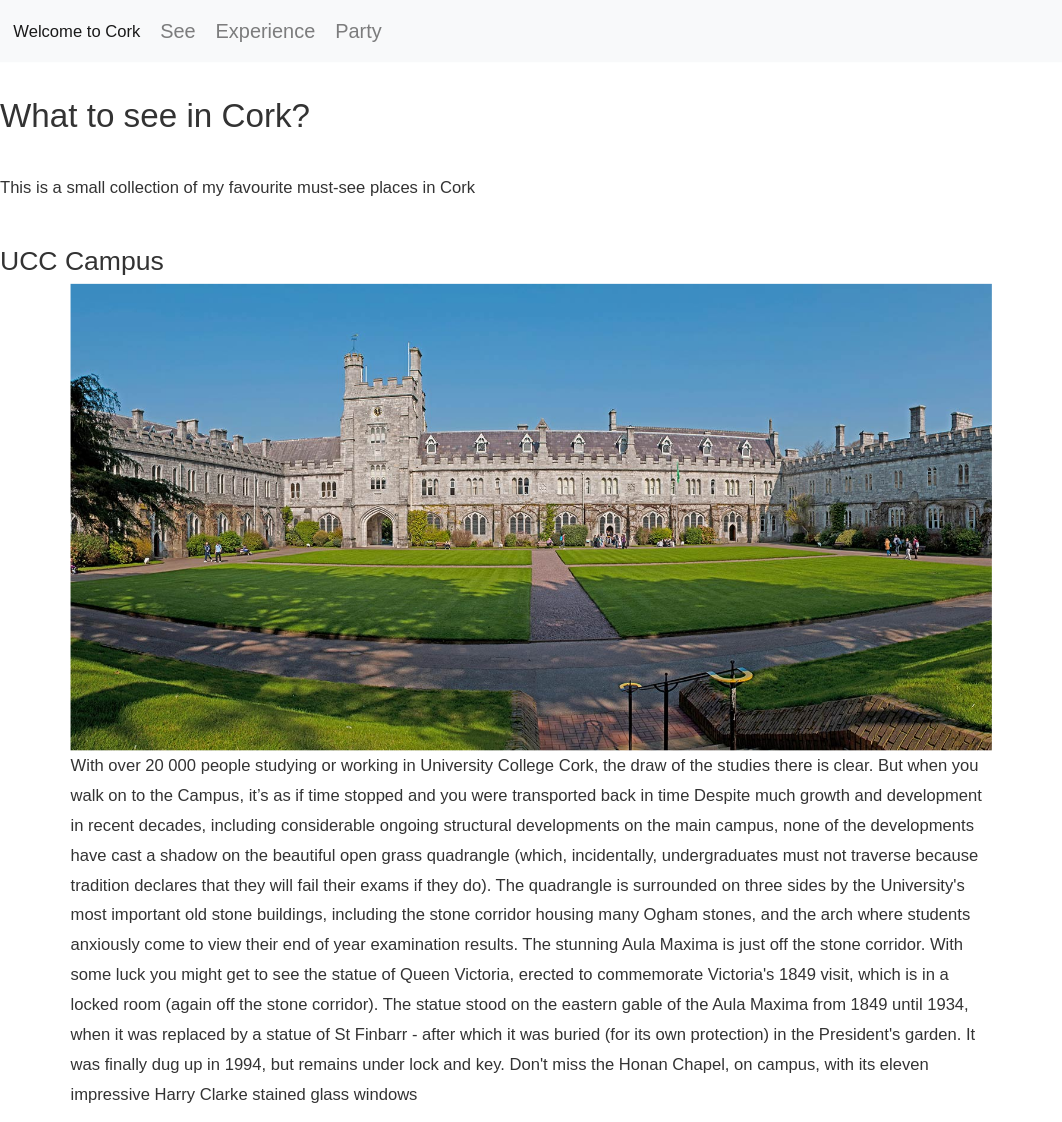
Repository: Maja-Jer/Welcome-to-Cork
Page: see.html
The author's editor kept a record of every edit. The page is drawn from the files as they stood at one moment, then again after the next edit.
The browser window is 1280 px wide. The pictures show the whole page, at 83% of full size.
Some web libraries are served in a nearby version.

Above is the page before.

After the next edit:
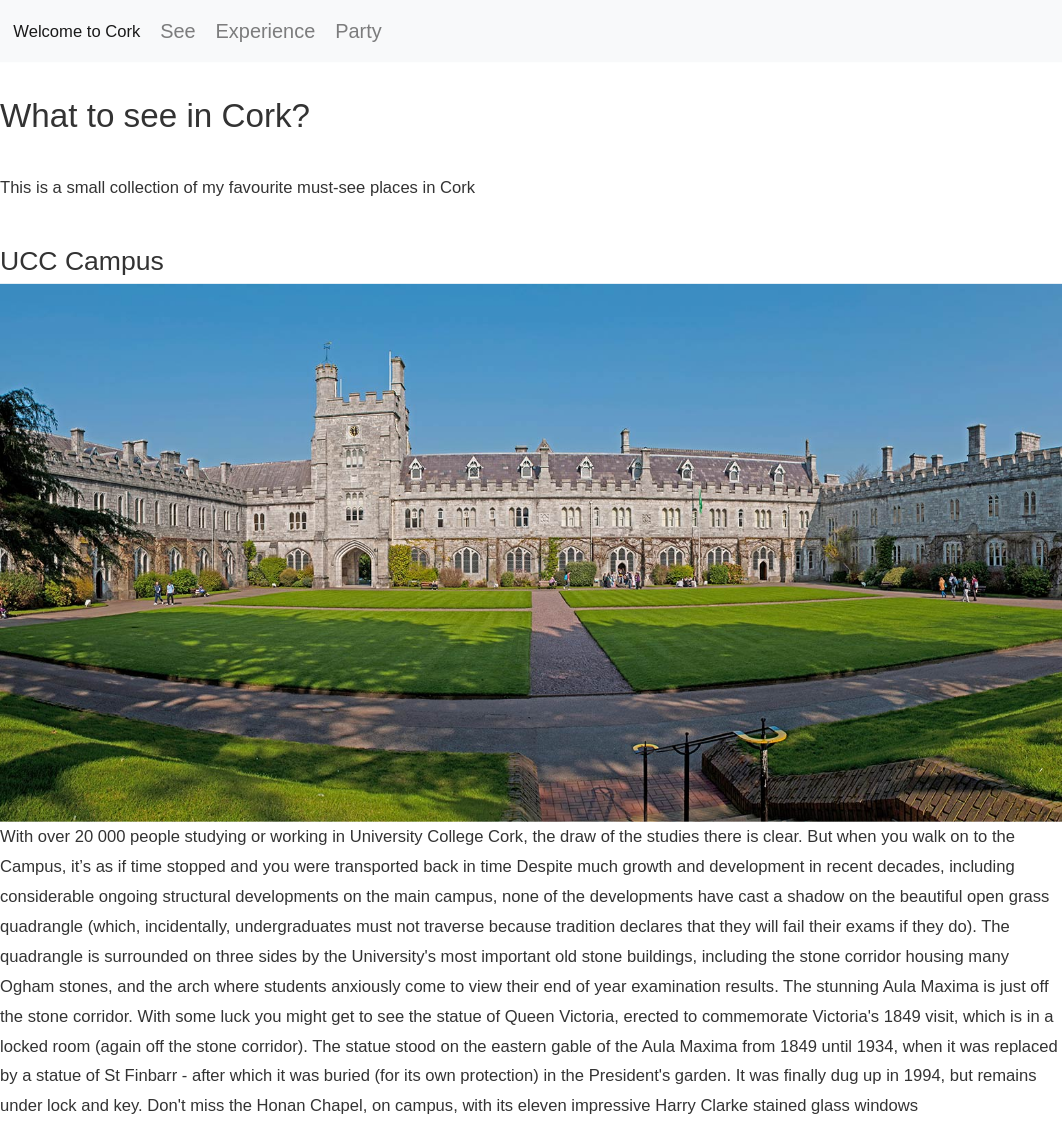
The edit:
--- a/see.html
+++ b/see.html
@@ -45,7 +45,7 @@
     </div>
 
 
-    <div class="container">
+    <div class="container-ucc">
          <div class="container-ucc-campus">
             <img class= "img-fluid" src="assets/photos/ucc-campus.jpg" alt="UCC Campus">
         </div>
